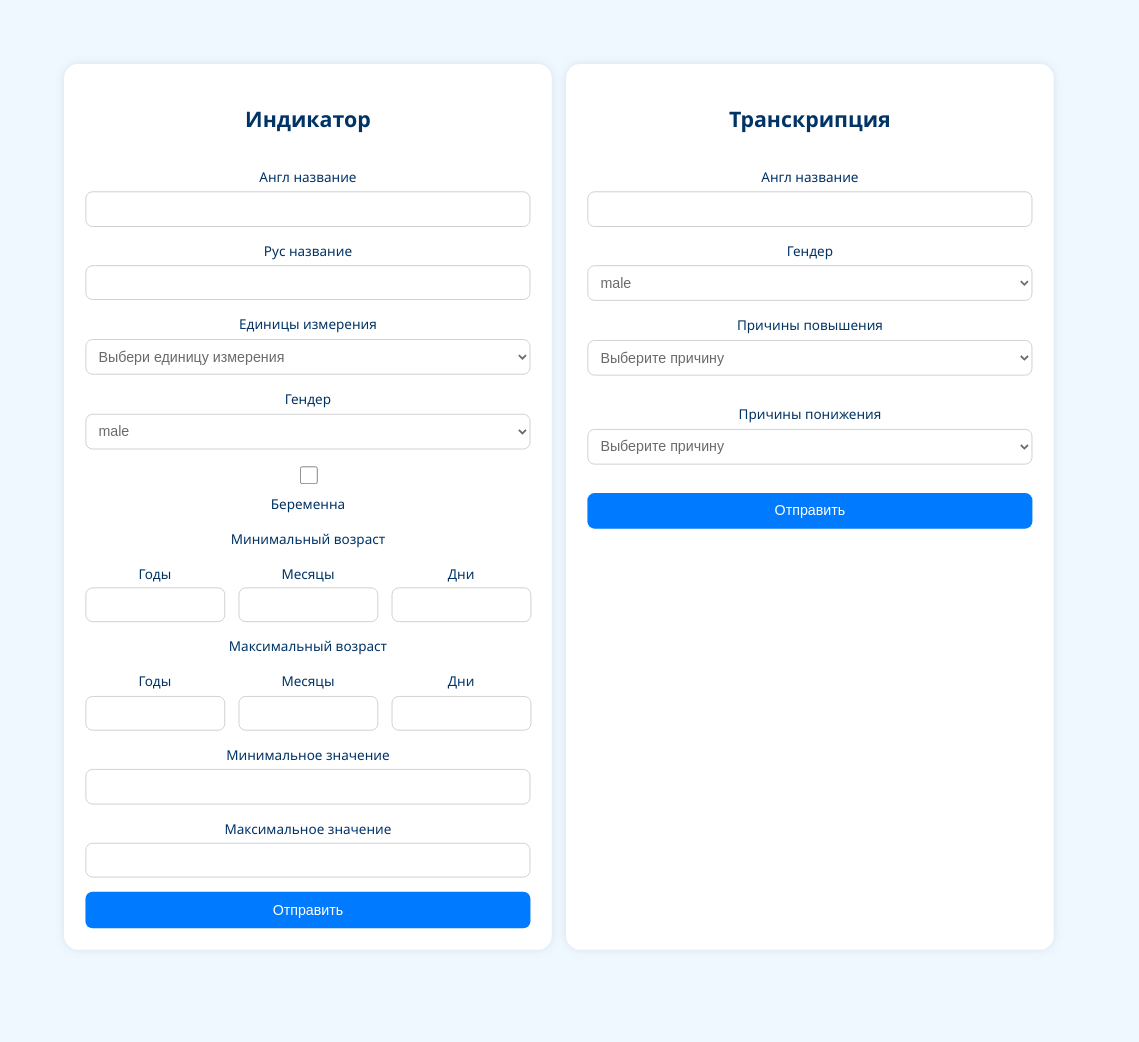
Repository: GGlebux/Transay
Page: / (app in frontend/)
The author's editor kept a copy of each file at every save. The page is drawn from the files as they stood at one save, then again after a run of saves.
The browser window is 1280 px wide. The pictures show the whole page, at 89% of full size.
The project was rebuilt for these pictures with package versions that can differ from the ones it lists, and the page was loaded fresh each time. Also part of the build but not shown: frontend/vite.config.ts.

Above is the page before, as saved 2025-08-04 17:05:02.

### frontend/src/index.css
:root {
  font-family: system-ui, Avenir, Helvetica, Arial, sans-serif;
  line-height: 1.5;
  font-weight: 400;
  background-color: #f0f8ff;
  color-scheme: light dark;
  color: rgba(255, 255, 255, 0.87);


  font-synthesis: none;
  text-rendering: optimizeLegibility;
  -webkit-font-smoothing: antialiased;
  -moz-osx-font-smoothing: grayscale;
}

input, select {
  background: #ffffff;
  color: rgb(105, 107, 107);
}

### frontend/src/App.tsx
import './styles/forms.css';
import IndicatorForm from './components/IndicatorForm';
import TranscriptForm from './components/TranscriptForm';

function App() {
  return (
    <div className="container">
      <IndicatorForm />
      <TranscriptForm />
    </div>
  );
}

export default App;

### frontend/src/styles/forms.css
#root {
  max-width: 1280px;
  margin: 0 auto;
  padding: 2rem;
  text-align: center;
  background-color: #f0f8ff;
}

.form-label {
  display: flex;
  flex-direction: column;
  font-weight: 500;
  color: #003366;
  font-size: 0.95rem;
  gap: 0.3rem;
}


.container {
  display: flex;
  gap: 1rem;
  padding: 2rem;
  background-color: #f0f8ff;
  color: #003366;
  font-family: 'Segoe UI', sans-serif;
}

h1 {
  text-align: center;
  margin-bottom: 2rem;
}

.form-card {
  background: white;
  width: 500px;
  padding: 1.5rem;
  border-radius: 1rem;
  box-shadow: 0 0 12px rgba(0, 51, 102, 0.1);
  margin-bottom: 2rem;
  display: flex;
  flex-direction: column;
  gap: 1rem;
}

input,
select {
  padding: 0.6rem;
  border: 1px solid #ccc;
  border-radius: 8px;
  font-size: 1rem;
}

button {
  background-color: #007bff;
  color: white;
  border: none;
  padding: 0.7rem 1.5rem;
  font-size: 1rem;
  border-radius: 8px;
  cursor: pointer;
  transition: background 0.3s ease;
}

button:hover {
  background-color: #0056b3;
}

.age-row {
  display: inline-flex;
  min-width: 500px;
  gap: 1rem;
}

.age-row input {
  width: 87%;
}

.checkbox {
  display: flex;
  align-items: center;
  gap: 0.5rem;
}

.checkbox input {
  width: 20px;
  height: 20px;
}

.tag-container {
  display: flex;
  flex-wrap: wrap;
  gap: 0.5rem;
}

.tag {
  background-color: #e6f0ff;
  border: 1px solid #007bff;

  color: #003366;
  padding: 0.4rem 0.8rem;
  border-radius: 20px;
  display: flex;
  align-items: center;
  gap: 0.5rem;
}

.tag button {
  background: none;
  padding: 0;
  margin-bottom: -5.5px;
    border: none;
  font-size: 1.2rem;
  color: #007bff;
  cursor: pointer;
}

### frontend/src/components/IndicatorForm.tsx
import { useState, useEffect } from 'react';

const genders = ['male', 'female', 'both'];

function IndicatorForm() {
  const [units, setUnits] = useState<string[]>([]);

  useEffect(() => {
    // Заменить на свой API
    setUnits(['mg/L', 'mmol/L', 'g/dL']);
  }, []);

return (
  <form className="form-card">
    <h2>Индикатор</h2>

    <label className="form-label">
      Англ название
      <input type="text" />
    </label>

    <label className="form-label">
      Рус название
      <input type="text" />
    </label>

    <label className="form-label">
      Единицы измерения
      <select>
        <option>Выбери единицу измерения</option>
        {units.map((u) => (
          <option key={u}>{u}</option>
        ))}
      </select>
    </label>

    <label className="form-label">
      Гендер
      <select>
        {genders.map((g) => (
          <option key={g} value={g}>
            {g}
          </option>
        ))}
      </select>
    </label>

    <label className="form-label checkbox">
      <input type="checkbox" />
      Беременна
    </label>

    <label className="form-label">Минимальный возраст</label>
    <div className="age-row">
      <label className="form-label">Годы<input type="number" /></label>
      <label className="form-label">Месяцы<input type="number" /></label>
      <label className="form-label">Дни<input type="number" /></label>
    </div>

    <label className="form-label">Максимальный возраст</label>
    <div className="age-row">
      <label className="form-label">Годы<input type="number" /></label>
      <label className="form-label">Месяцы<input type="number" /></label>
      <label className="form-label">Дни<input type="number" /></label>
    </div>

    <label className="form-label">
      Минимальное значение
      <input type="number" step="0.0001" />
    </label>

    <label className="form-label">
      Максимальное значение
      <input type="number" step="0.0001" />
    </label>

    <button type="submit">Отправить</button>
  </form>
);
}

export default IndicatorForm;

### frontend/src/components/TranscriptForm.tsx
import { useState } from 'react';

const genders = ['male', 'female', 'both'];
const exampleReasons = ['Стресс', 'Инфекция', 'Беременность', 'Физнагрузка'];

function TranscriptForm() {
  const [raiseReasons, setRaiseReasons] = useState<string[]>([]);
  const [lowerReasons, setLowerReasons] = useState<string[]>([]);

  const handleSelect = (type: 'raise' | 'lower', value: string) => {
    const set = type === 'raise' ? setRaiseReasons : setLowerReasons;
    const current = type === 'raise' ? raiseReasons : lowerReasons;
    if (!current.includes(value)) set([...current, value]);
  };

  const handleRemove = (type: 'raise' | 'lower', value: string) => {
    const set = type === 'raise' ? setRaiseReasons : setLowerReasons;
    const current = type === 'raise' ? raiseReasons : lowerReasons;
    set(current.filter((r) => r !== value));
  };

 return (
  <form className="form-card">
    <h2>Транскрипция</h2>

    <label className="form-label">
      Англ название
      <input type="text" />
    </label>

    <label className="form-label">
      Гендер
      <select>
        {genders.map((g) => (
          <option key={g} value={g}>
            {g}
          </option>
        ))}
      </select>
    </label>

    <label className="form-label">
      Причины повышения
      <select onChange={(e) => handleSelect('raise', e.target.value)}>
        <option>Выберите причину</option>
        {exampleReasons.map((r) => (
          <option key={r}>{r}</option>
        ))}
      </select>
    </label>

    <div className="tag-container">
      {raiseReasons.map((r) => (
        <span key={r} className="tag">
          {r}
          <button type="button" onClick={() => handleRemove('raise', r)}>
            ×
          </button>
        </span>
      ))}
    </div>

    <label className="form-label">
      Причины понижения
      <select onChange={(e) => handleSelect('lower', e.target.value)}>
        <option>Выберите причину</option>
        {exampleReasons.map((r) => (
          <option key={r}>{r}</option>
        ))}
      </select>
    </label>

    <div className="tag-container">
      {lowerReasons.map((r) => (
        <span key={r} className="tag">
          {r}
          <button type="button" onClick={() => handleRemove('lower', r)}>
            ×
          </button>
        </span>
      ))}
    </div>

    <button type="submit">Отправить</button>
  </form>
);
}

export default TranscriptForm;

Loaded but not shown: frontend/index.html (common file); frontend/src/main.tsx (common file)

After the next 2 saves:
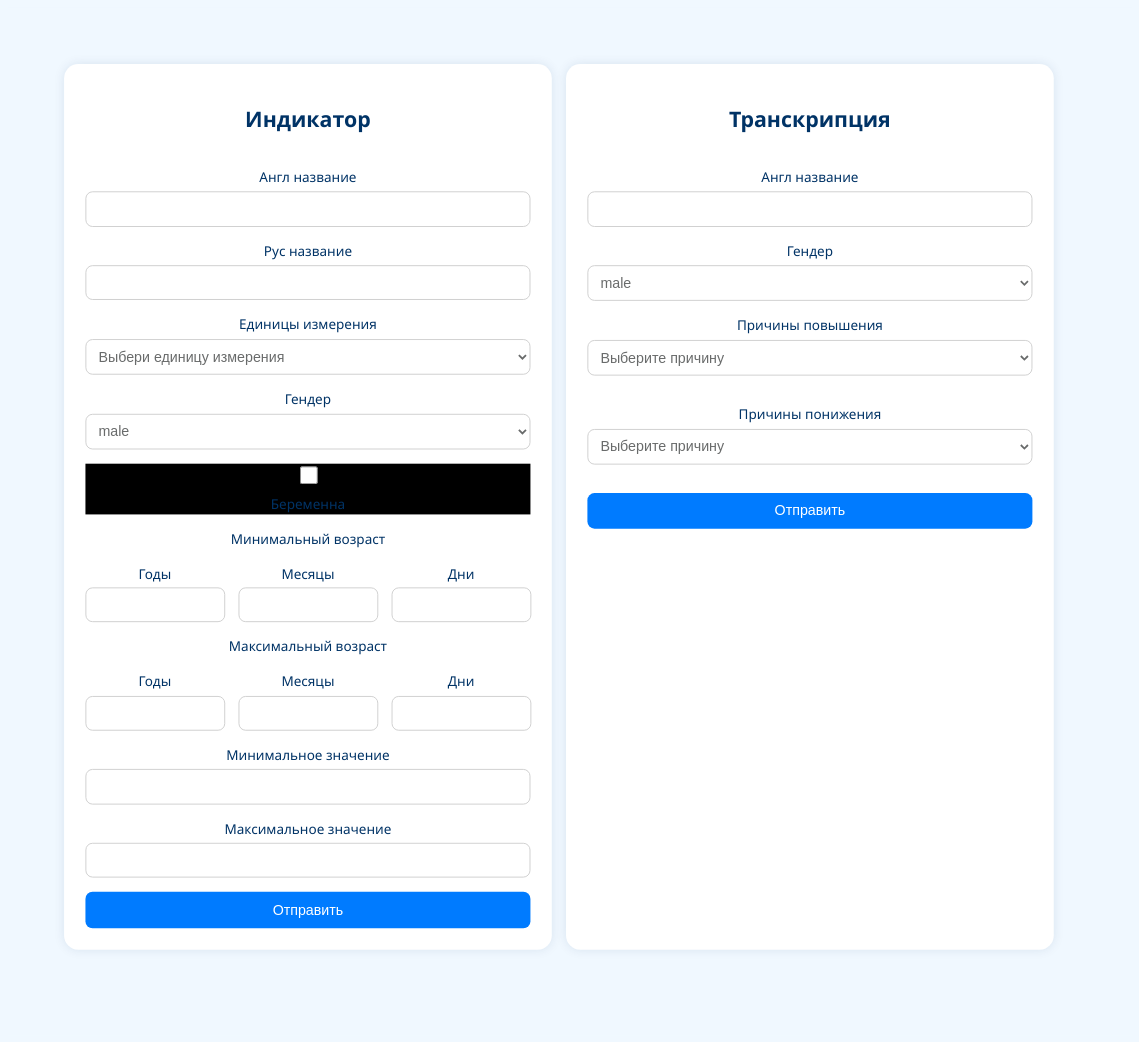
The 2 saves are shown as one change because they came seconds apart.
The last was saved 6 s later.
--- a/frontend/src/styles/forms.css
+++ b/frontend/src/styles/forms.css
@@ -79,6 +79,7 @@
   display: flex;
   align-items: center;
   gap: 0.5rem;
+  background: #000;
 }
 
 .checkbox input {

After the save that followed:
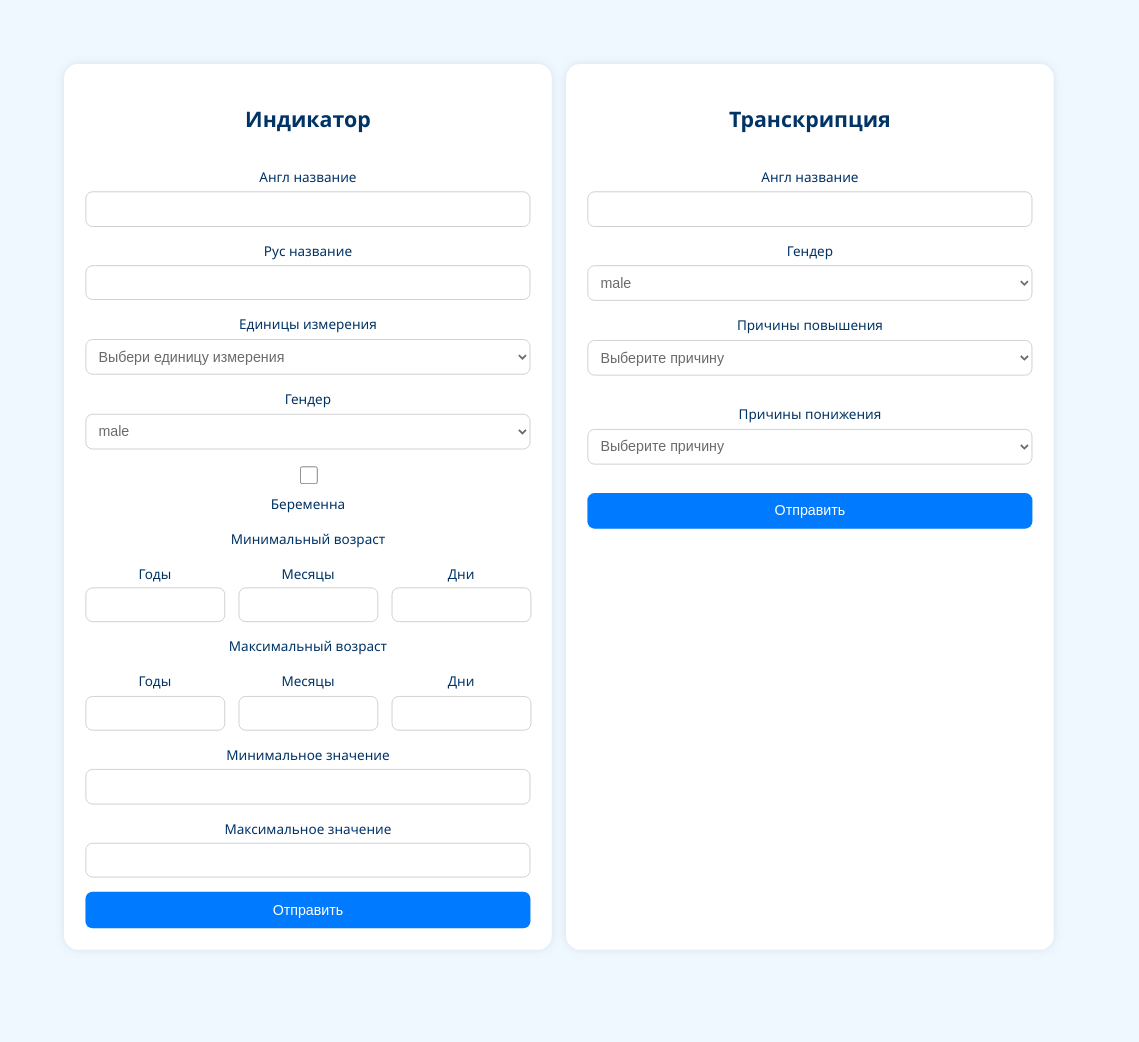
Saved 5 s later.
--- a/frontend/src/styles/forms.css
+++ b/frontend/src/styles/forms.css
@@ -79,7 +79,7 @@
   display: flex;
   align-items: center;
   gap: 0.5rem;
-  background: #000;
+  bg
 }
 
 .checkbox input {
